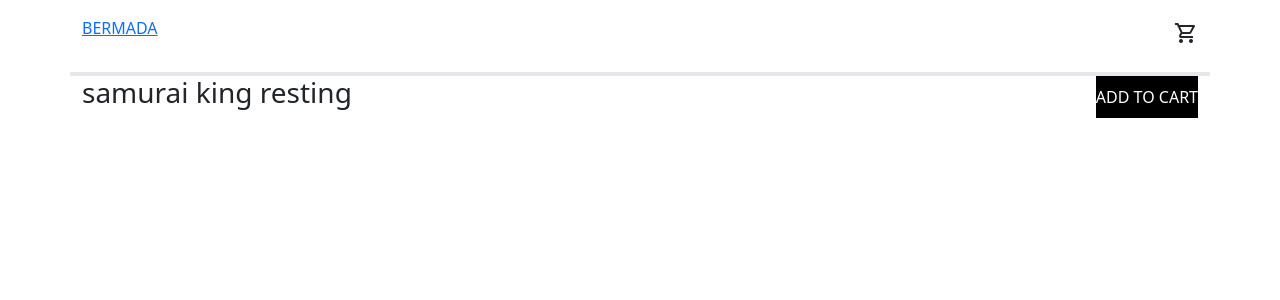
Repository: latenightsnacc/cra-template-html
Page: index.html
An editor plug-in stored every save of this project. The page is shown before and after the next save, followed by the edit.
The browser window is 1280 px wide. The pictures show the whole page.
Some web libraries are served in a nearby version.

Above is the page before, as saved 2021-04-21 16:10:41.

After the next save:
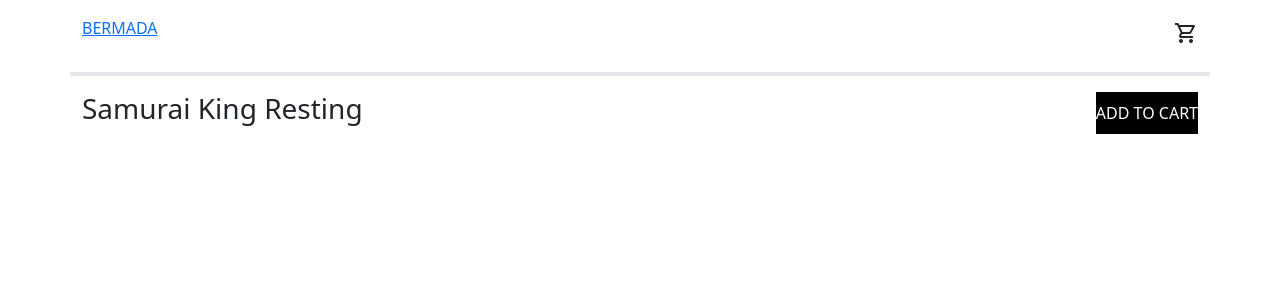
Saved 27 s later.
--- a/index.html
+++ b/index.html
@@ -36,9 +36,9 @@
 
         <!--PHOTO OF THE DAY-->
         <div class="container">
-            <div class="flex flex-row justify-between">
+            <div class="flex flex-row justify-between py-3">
                 <!--Photo Title-->
-                <h3>samurai king resting</h3>
+                <h3 class="capitalize">samurai king resting</h3>
                 <!--Add To Cart Button-->
                 <button class="bg-black text-white uppercase">add to cart</button>
             </div>
